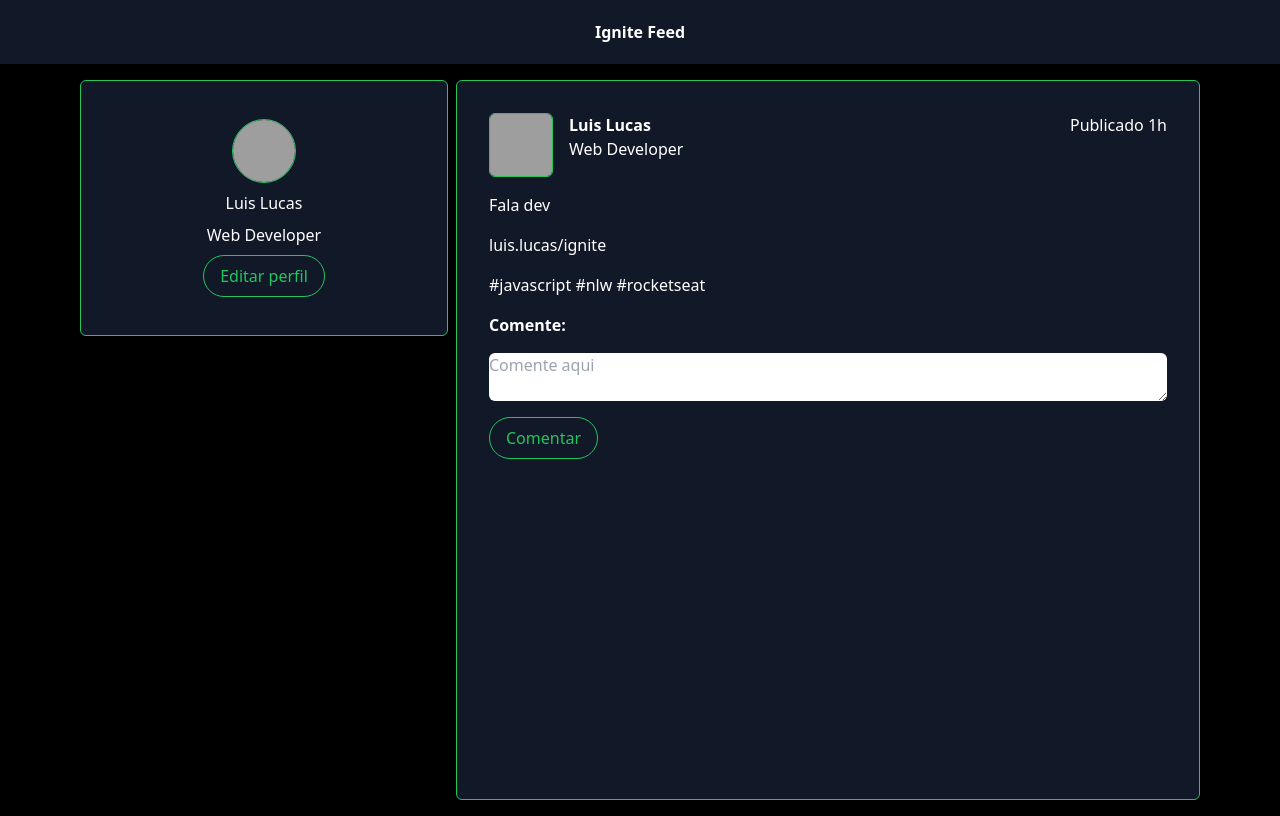
Repository: LuisSempre/ignite-feed
Page: /
These files come from the project's save history. The page is drawn as it stood at one moment and after the next save; the edit follows.
The browser window is 1280 px wide. The pictures show the whole page.
Pictures or frames that could not be fetched are drawn as grey boxes. The project was rebuilt for these pictures with package versions that can differ from the ones it lists, and the page was loaded fresh each time. Also part of the build but not shown: vite.config.js.

Above is the page before, as saved 2022-07-13 23:27:55.

After the next save:
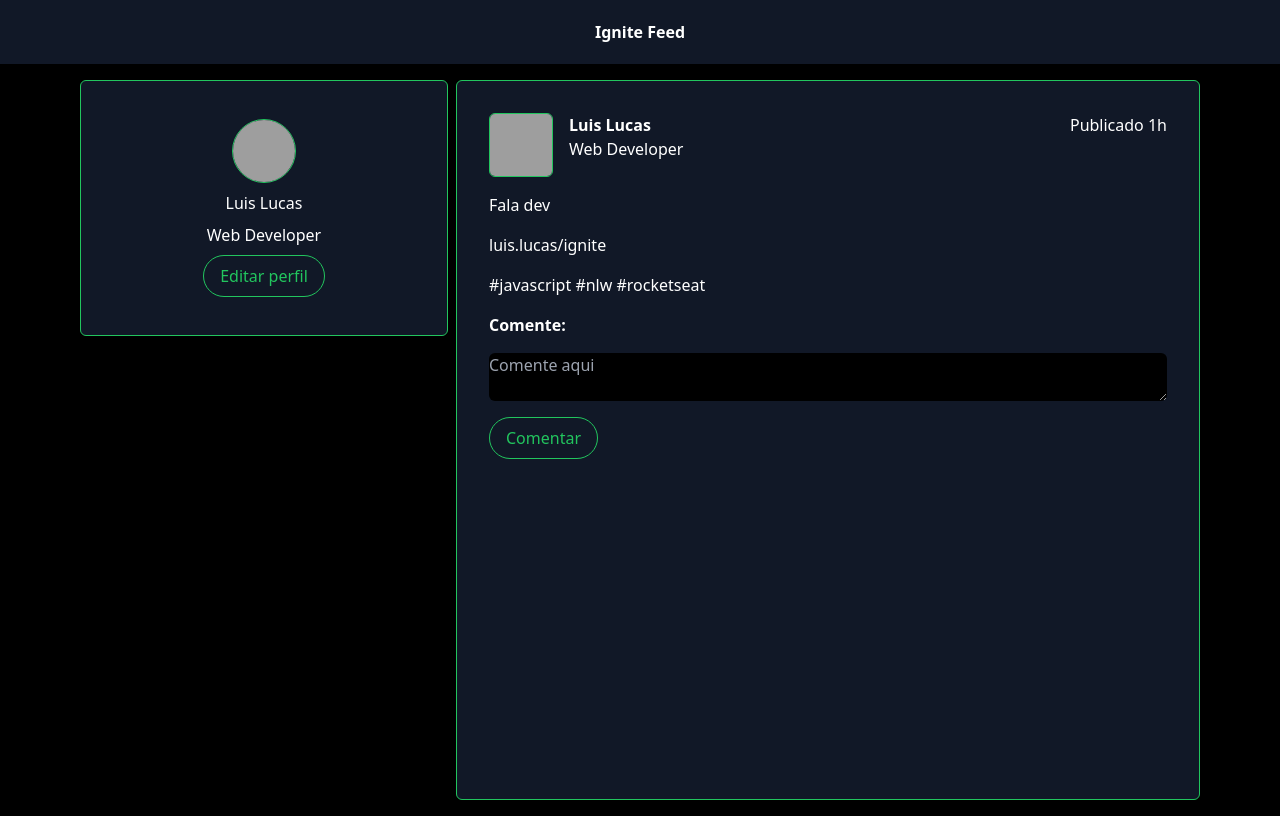
Saved 14 min 32 s later.
--- a/src/Components/Post.jsx
+++ b/src/Components/Post.jsx
@@ -25,7 +25,7 @@ export function Post() {
 
       <form className="flex flex-col justify-start items-start space-y-4">
         <strong>Comente:</strong>
-        <textarea className="w-full rounded-md" placeholder="Comente aqui" />
+        <textarea className="w-full rounded-md bg-black" placeholder="Comente aqui" />
         <button
         type="submit"
         className="border border-green-500 rounded-full px-4 py-2 text-green-500"
